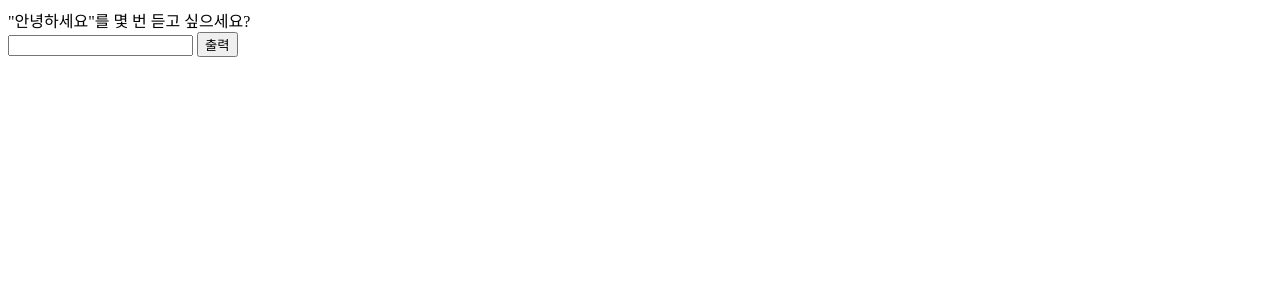
Repository: soyamilk0705/spring-newlecture
Page: ServeltAndJsp/JSPPrj/WebContent/reg.html
These files come from the project's save history. The page is drawn as it stood at one moment and after the next save; the edit follows.
The browser window is 1280 px wide. The pictures show the whole page.

Above is the page before, as saved 2024-01-02 12:33:06.

After the next save:
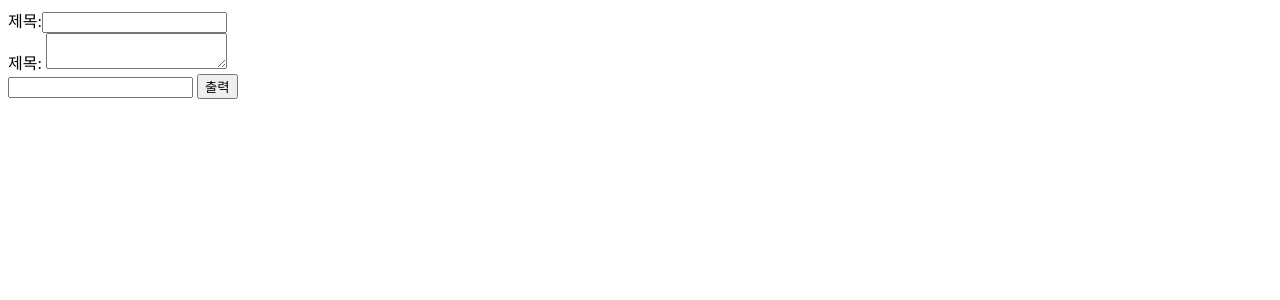
Saved 83 s later.
--- a/ServeltAndJsp/JSPPrj/WebContent/reg.html
+++ b/ServeltAndJsp/JSPPrj/WebContent/reg.html
@@ -8,7 +8,11 @@
 	<div>
 		<form action="notice-reg">
 			<div>
-				<label>"안녕하세요"를 몇 번 듣고 싶으세요?</label>
+				<label>제목:</label><input name="title" type="text">
+			</div>
+			<div>
+				<label>제목:</label>
+				<textarea name="content"></textarea>
 			</div>
 			<div>
 				<input type="text" name="cnt" />
